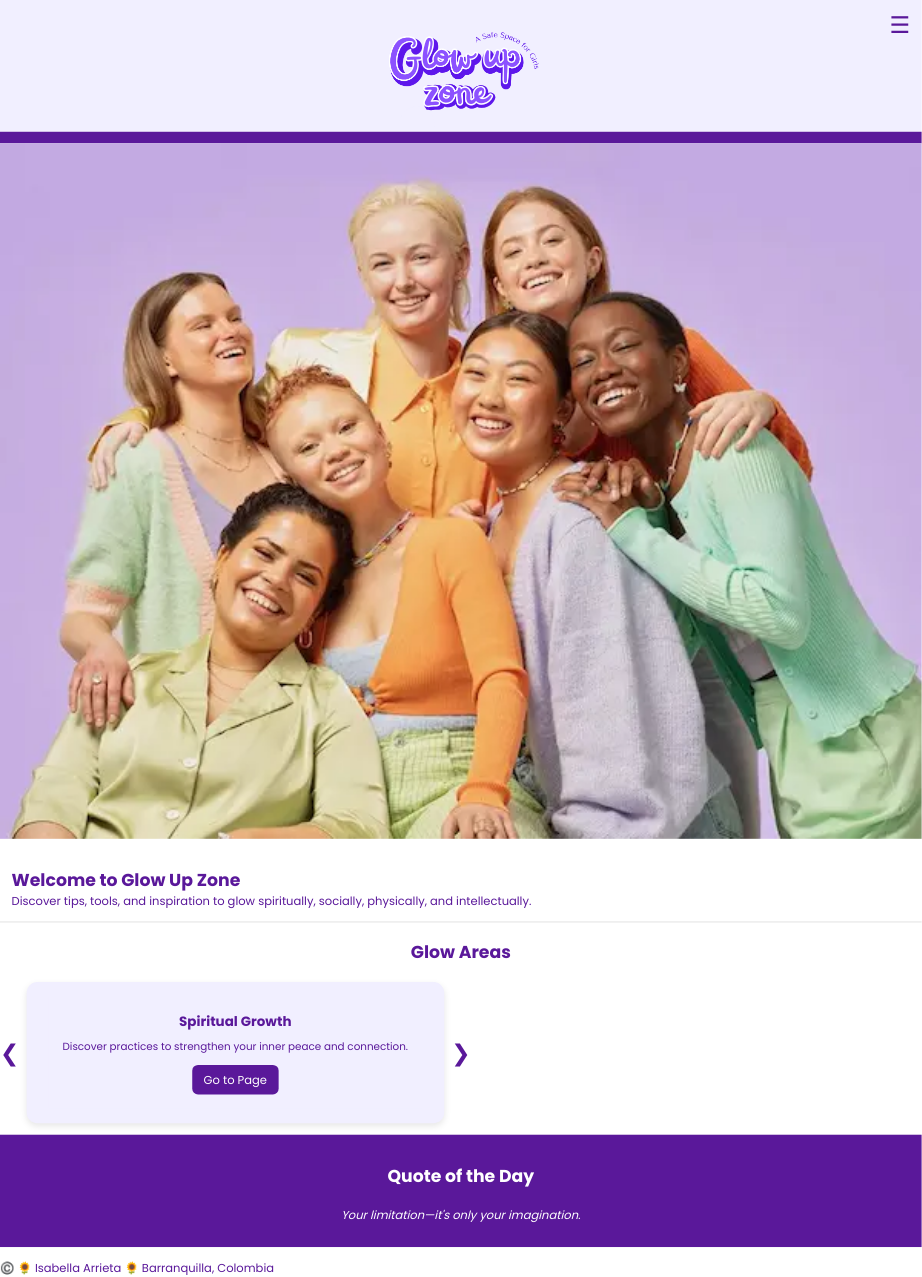
Repository: isaAJ05/wdd131
Page: final-project/final-project.html
An editor plug-in stored every save of this project. The page is shown before and after a run of saves, followed by the edit.
The browser window is 1280 px wide. The pictures show the whole page, at 72% of full size.

Above is the page before, as saved 2025-08-09 01:34:55.

After the next 5 saves:
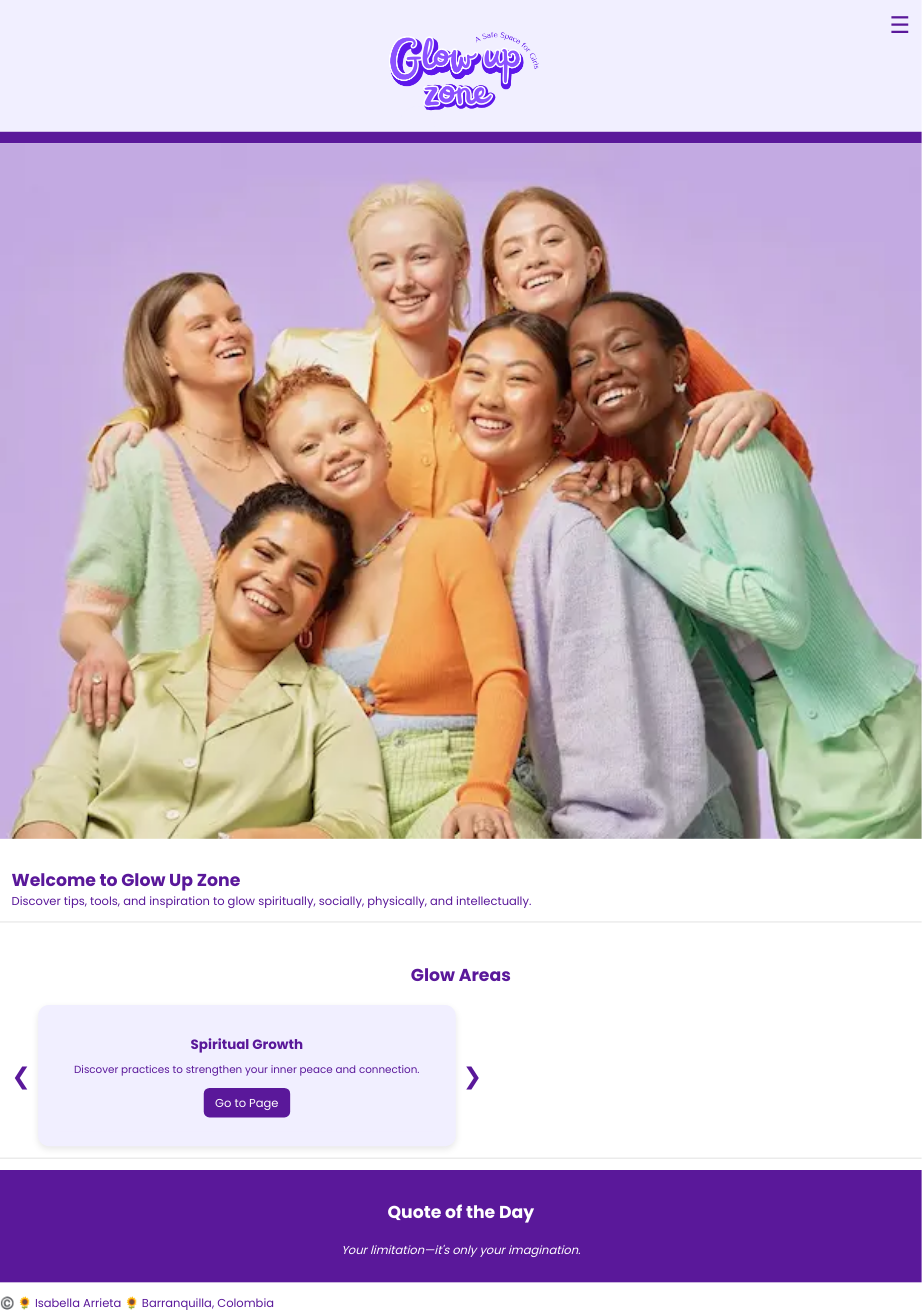
The 5 saves are shown as one change because they came seconds apart.
The last was saved 16 s later.
--- a/final-project/styles/final-project.css
+++ b/final-project/styles/final-project.css
@@ -150,6 +150,11 @@ h2{
     cursor: pointer;
     color: var(--primary-color);
 }
+.two{
+    border-bottom: #D6D6D6 1px solid;
+    padding: 1rem;
+    margin: 1rem 0;
+}
 
 .quote{
     background: var(--primary-color);
